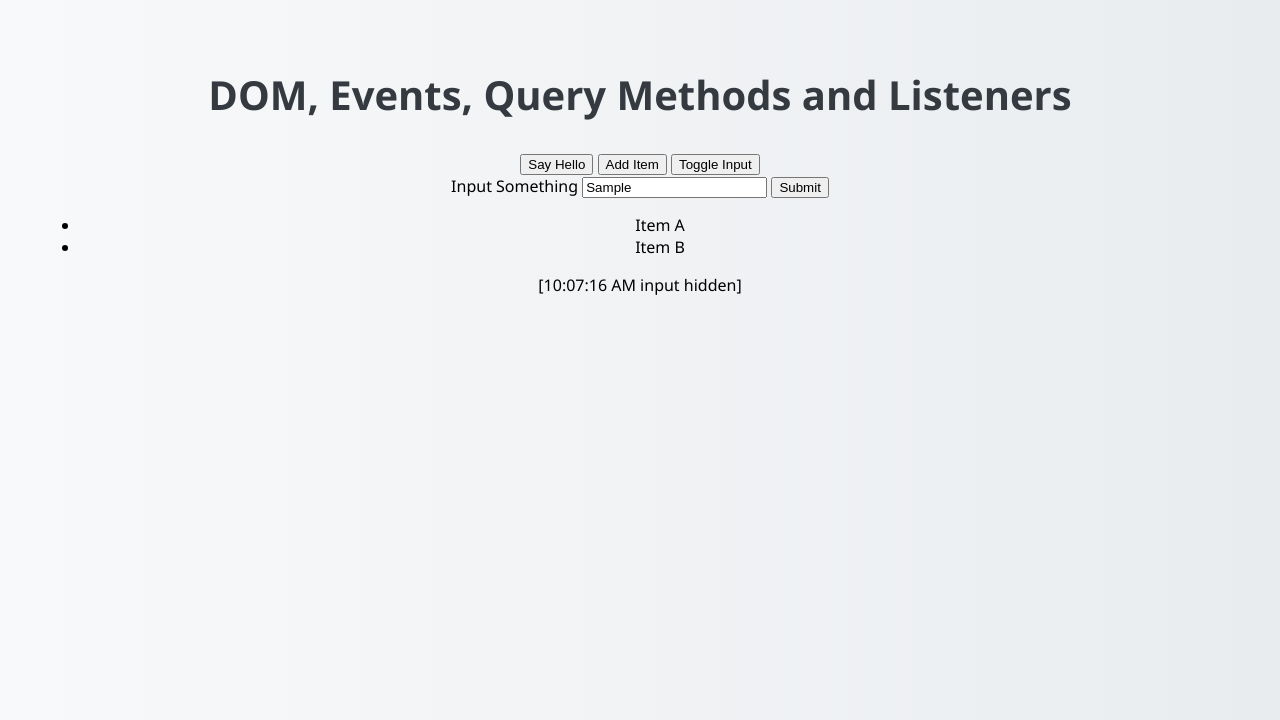
Repository: SiddhantNagaria/Genpact-Training
Page: Java Training/08 first-webmvc/src/main/resources/static/index.html
An editor plug-in stored every save of this project. The page is shown before and after a run of saves, followed by the edit.
The browser window is 1280 px wide. The pictures show the whole page.
Empty fields were first filled with sample values (such as "Sample", 5 or name@example.com).
After loading, the first visible `#btn-toggle` was clicked once.

Above is the page before, as saved 2025-11-17 09:27:09.

### Java Training/08 first-webmvc/src/main/resources/static/index.html
<!DOCTYPE html>
<html>
<head>
<meta charset="ISO-8859-1">
<title>User form</title>
<link rel="stylesheet" href="/css/style.css">
</head>
<body>

	<!-- <h1>Welcome to first web page using Spring boot</h1>
	<br> <br>
	<div class="nav-links">
	<a href='/'>Home</a>
	<a href='/form'>Form</a>
	<a href='/formTag'>Form JSP</a>
	<a href='/about'>About</a>
	<a href='/contact'>Contact</a>
	</div> -->

	<h1>DOM, Events, Query Methods and Listeners</h1>
	<div id="controls">
		<button id="btn-hello" class="btn">Say Hello</button>
		<button id="btn-add" class="btn">Add Item</button>
		<button id="btn-toggle" class="btn">Toggle Input</button>
	</div>

	<form id="demo-form">
		<label for="text-input">Input Something</label> <input id="text-input" type="text" />
		<button id="submit-btn" class="btn" type="submit">Submit</button>
	</form>
	<ul id="items-list">
		<li class="item">Item A</li>
		<li class="item">Item B</li>
	</ul>

	<div class="log" id="log"></div>

	<script src="js/app2.js"></script>
</body>
</html>

### Java Training/08 first-webmvc/src/main/resources/static/css/style.css
body {
	font-family: 'Segoe UI', Tahoma, Geneva, Verdana, sans-serif;
	background: linear-gradient(to right, #f8f9fa, #e9ecef);
	margin: 0;
	padding: 40px;
	text-align: center;
}

h1 {
	color: #343a40;
	font-size: 2.5em;
	margin-bottom: 30px;
}

.nav-links {
	display: flex;
	justify-content: center;
	gap: 20px;
	margin-top: 20px;
}

.nav-links a {
	text-decoration: none;
	padding: 12px 24px;
	background-color: #007bff;
	color: white;
	border-radius: 8px;
	transition: background-color 0.3s ease;
	font-weight: bold;
}

.nav-links a:hover {
	background-color: #0056b3;
}

.contact-form {
	background-color: #ffffff;
	padding: 30px 40px;
	border-radius: 10px;
	box-shadow: 0 4px 12px rgba(0, 0, 0, 0.1);
	width: 100%;
	max-width: 500px;
	position: relative;
}

.contact-form h2 {
	margin-bottom: 20px;
	color: #333;
	text-align: center;
}

.contact-form label {
	display: block;
	margin-bottom: 8px;
	font-weight: bold;
	color: #555;
}

.contact-form input {
	width: 100%;
	padding: 10px;
	margin-bottom: 20px;
	border: 1px solid #ccc;
	border-radius: 6px;
	font-size: 14px;
}

.contact-form button {
	width: 100%;
	padding: 12px;
	background-color: #007bff;
	color: white;
	border: none;
	border-radius: 6px;
	font-size: 16px;
	cursor: pointer;
	transition: background-color 0.3s ease;
}

.contact-form button:hover {
	background-color: #0056b3;
}

.contact-form a {
	color: #007bff;
	text-decoration: none;
}

.contact-form a:hover {
	text-decoration: underline;
}

### Java Training/08 first-webmvc/src/main/resources/static/js/app2.js
/*

	DOM = Document object model

	tree like representation of the html document , - the browser build when it loads the page.
	every html element becomes a node
	Js can read and modify the DOM to change content, structure and style while the page is running

DOM in JS - programming interface for web based documents
	- where each object corresponds to a part of the document - element , attributetext

enabling interactive and dynamic web features

QUery methods - access DOM nodes

*/

document.getElementById
document.getElementsByTagName
document.getElementsByClassName
document.querySelector
document.querySelectorAll

/*
Events -  action that happen in the browser - click, input, submit, mouseover
- event occur - the browser creates an event object => sent to event handlers
*/


/*

event.type		//type of element
event.target 	//actual elemnt that triggered the event
event.currentTarget		//element the handler is attached to
event.preventDefault	// prevent the browser default action
event.stopPropagation			// stop the event moving further


*/
//Event Listeners :

const btnHello = document.getElementById('btn-hello');
const btnAdd = document.querySelector('#btn-add');
const btnToggle = document.querySelector("#btn-toggle");
const form = document.getElementById('demo-form');
const input = document.getElementById('text-input');
const itemList = document.getElementById('items-list');
const log = document.getElementById('log');
const items = document.querySelectorAll('#items-list.item');


function appendLog(message) {
	const time = new Date().toLocaleTimeString();
	log.textContent += `\n[${time} ${message}]\n`;
	log.scrollTop = log.scrollHeight;	// log auto -scrolls
}


//Event listeners

// 	1. hello button click event
btnHello.addEventListener('click', function(ev) {
	appendLog('Hello button clicked');
	alert("Hello from hello button");
});

//	2. Add Item Button - dynamically add list items
btnAdd.addEventListener('click', function(ev) {
	const li = document.createElement("li");
	li.className = 'item';
	li.textContent = 'Item' + (itemList.children.length + 1);
	itemList.appendChild(li);
	appendLog('Added : ' + li.textContent);
});

//	3. Toggle (show hide) input visibility

btnToggle.addEventListener('click', () => {
	if (input.classList.contains('hidden')) {
		input.classList.remove('hidden');
		appendLog('input shown');
	} else {
		input.classList.add('hidden');
		appendLog('input hidden');
	}
});

// 4. submit - form submit preventDefault
form.addEventListener('submit', function(event) {
	event.preventDefault();
	const value = input.value.trim();
	if (value) {
		appendLog('form submitted with ' + value);
		input.value = "";
	} else {
		appendLog("form submitted with empty input");
	}
})

After the next 3 saves:
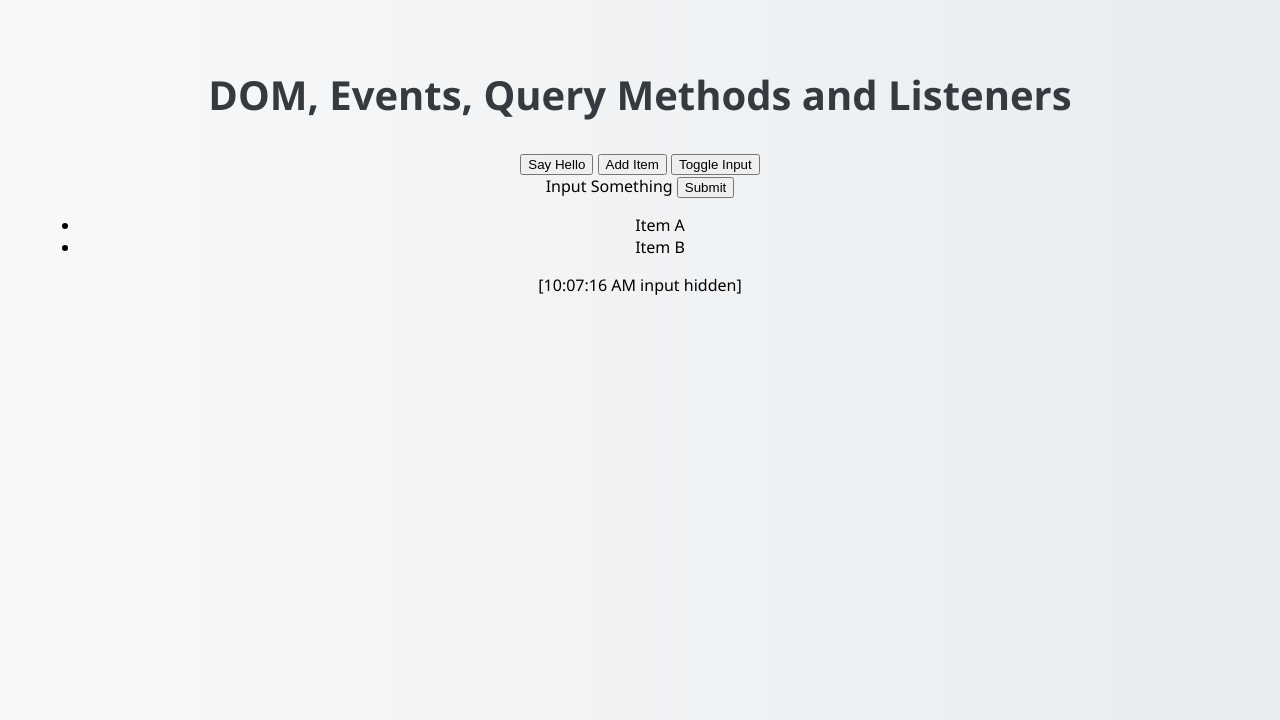
The 3 saves are shown as one change because they came seconds apart.
The last was saved 8 min 6 s later.
--- a/Java Training/08 first-webmvc/src/main/resources/static/js/app2.js
+++ b/Java Training/08 first-webmvc/src/main/resources/static/js/app2.js
@@ -76,11 +76,19 @@ btnAdd.addEventListener('click', function(ev) {
 //	3. Toggle (show hide) input visibility
 
 btnToggle.addEventListener('click', () => {
-	if (input.classList.contains('hidden')) {
+	/*if (input.classList.contains('hidden')) {
 		input.classList.remove('hidden');
 		appendLog('input shown');
 	} else {
 		input.classList.add('hidden');
+		appendLog('input hidden');
+	}*/
+	if (input.style.display === 'none') {
+		input.style.display = 'inline-block';
+		appendLog('input shown');
+	}
+	else {
+		input.style.display = 'none';
 		appendLog('input hidden');
 	}
 });
